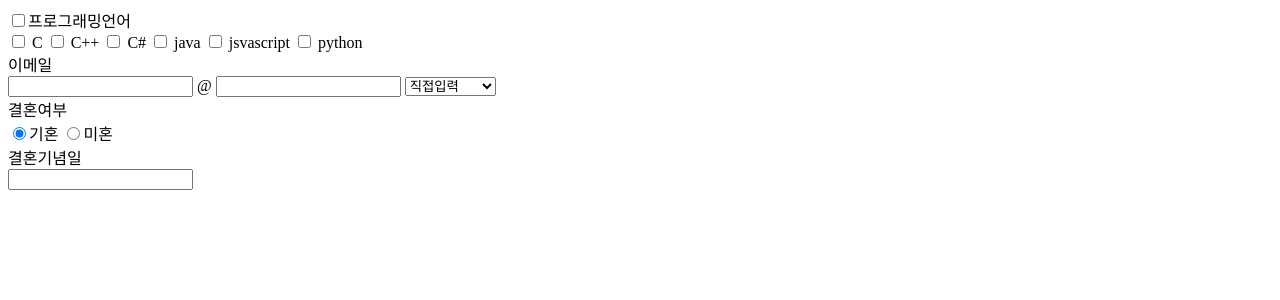
Repository: astute22/web-p
Page: simple-script/WebContent/day4/sample1.html
The author's editor kept a copy of each file at every save. The page is drawn from the files as they stood at one save, then again after the next save.
The browser window is 1280 px wide. The pictures show the whole page.

Above is the page before, as saved 2017-08-28 01:36:57.

After the next save:
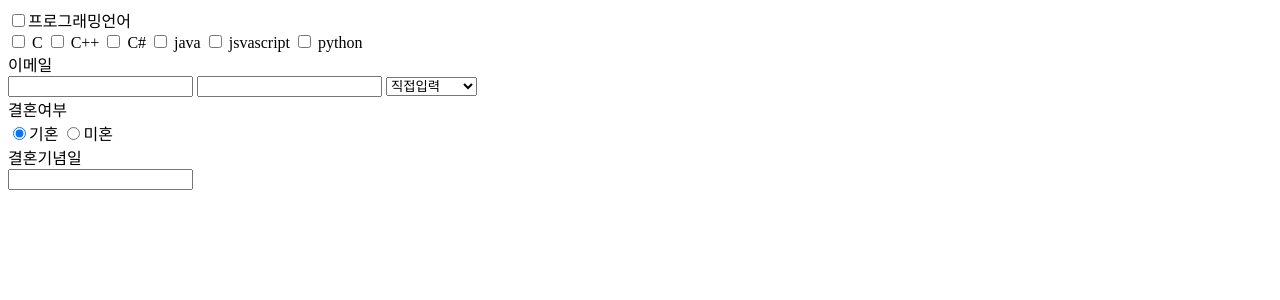
Saved 105 s later.
--- a/simple-script/WebContent/day4/sample1.html
+++ b/simple-script/WebContent/day4/sample1.html
@@ -59,13 +59,12 @@
 		<div>
 			이메일<br/>
 			<input type="text" name="email1" />
-			@
 			<input type="text" name="email2" id="email2-field"/>
 			<select id="company-combobox" name="company" onchange="fn2(this)">
 				<option value="">직접입력</option>
-				<option value="naver.com">naver.com</option>
-				<option value="hanmail.net">hanmail.net</option>
-				<option value="gmail.com">gmail.com</option>
+				<option value="@naver.com">naver.com</option>
+				<option value="@hanmail.net">hanmail.net</option>
+				<option value="@gmail.com">gmail.com</option>
 			</select>
 		</div>
 		<div>
